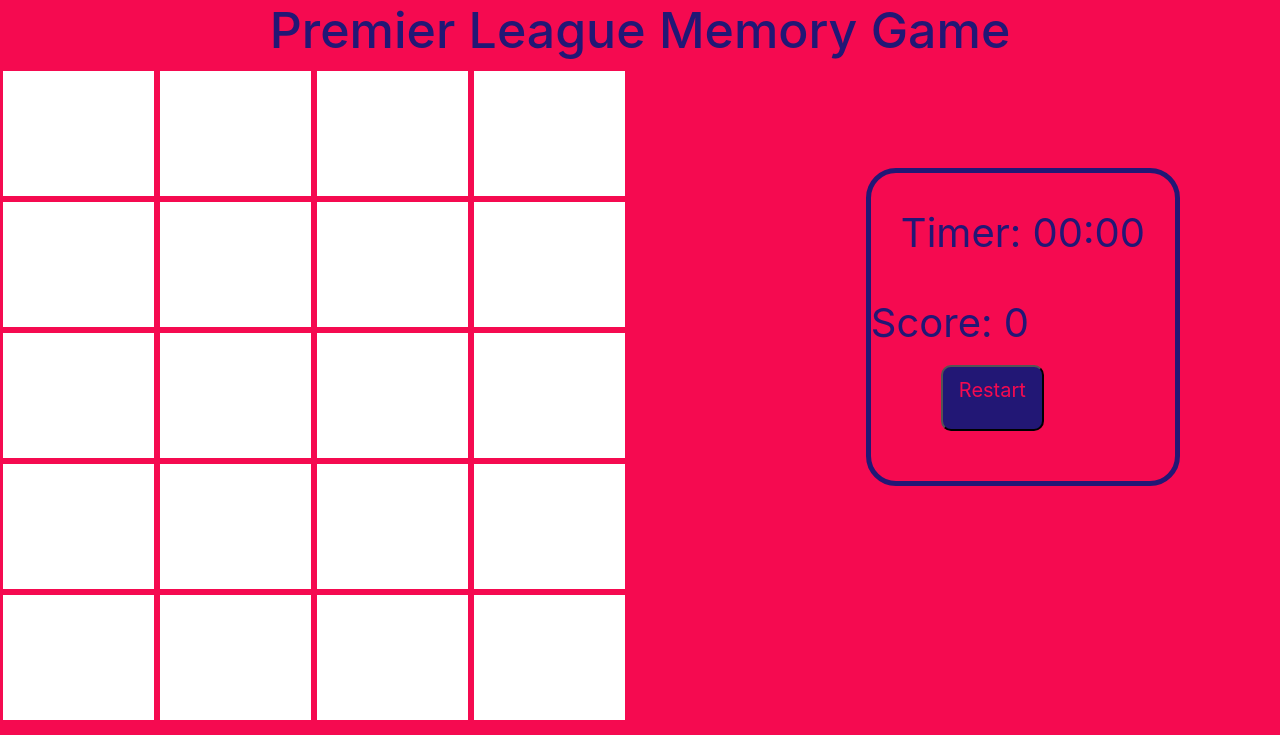
Repository: IchaTreasure/Premier-League-Memory-Game-
Page: index.html
The author's editor kept a record of every edit. The page is drawn from the files as they stood at one moment, then again after the next edit.
The browser window is 1280 px wide. The pictures show the whole page.
Some web libraries are served in a nearby version.

Above is the page before.
Console error: TypeError: Cannot read properties of null (reading 'addEventListener')

After the next edit:
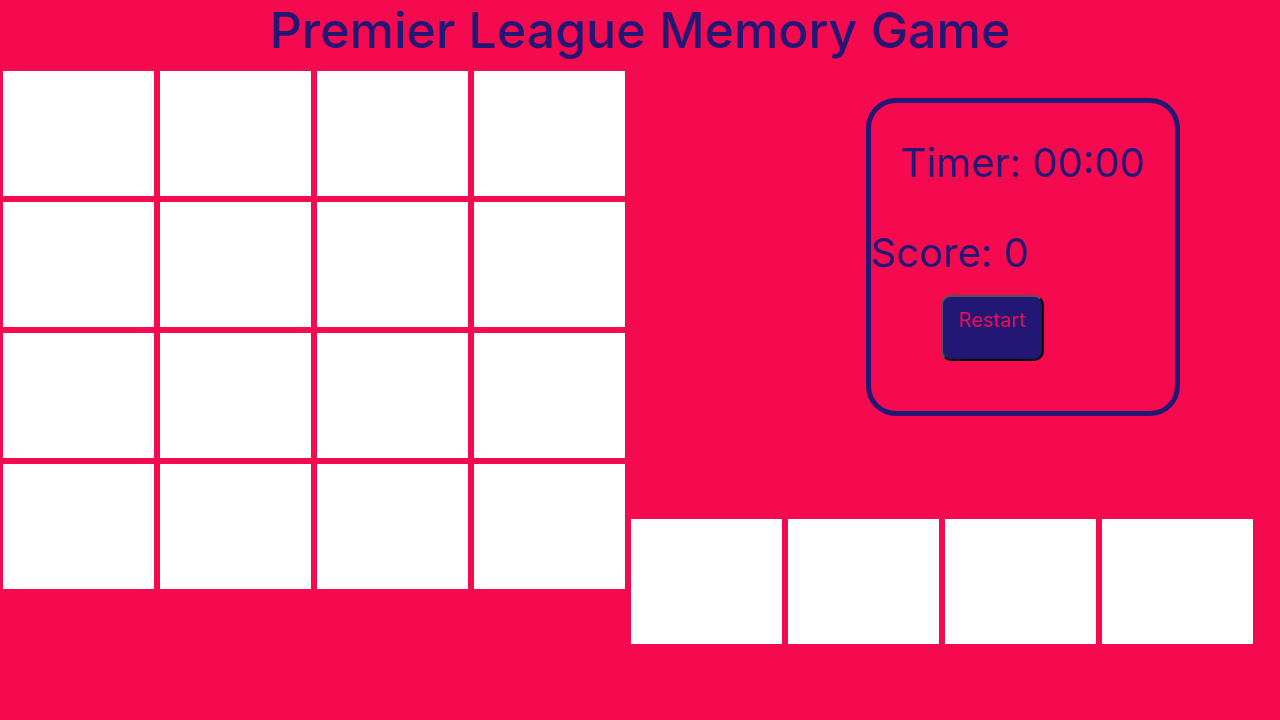
The edit:
--- a/styles.css
+++ b/styles.css
@@ -14,8 +14,8 @@
   float: right;
 	font-size: 40px;
 	color: #221775;
-	margin-top: 100px;
-	margin-bottom: 130px;
+	margin-top: 30px;
+	margin-bottom: 100px;
 	margin-right: 100px;
 	margin-left: 100px;
 	border: 5px solid #221775;
